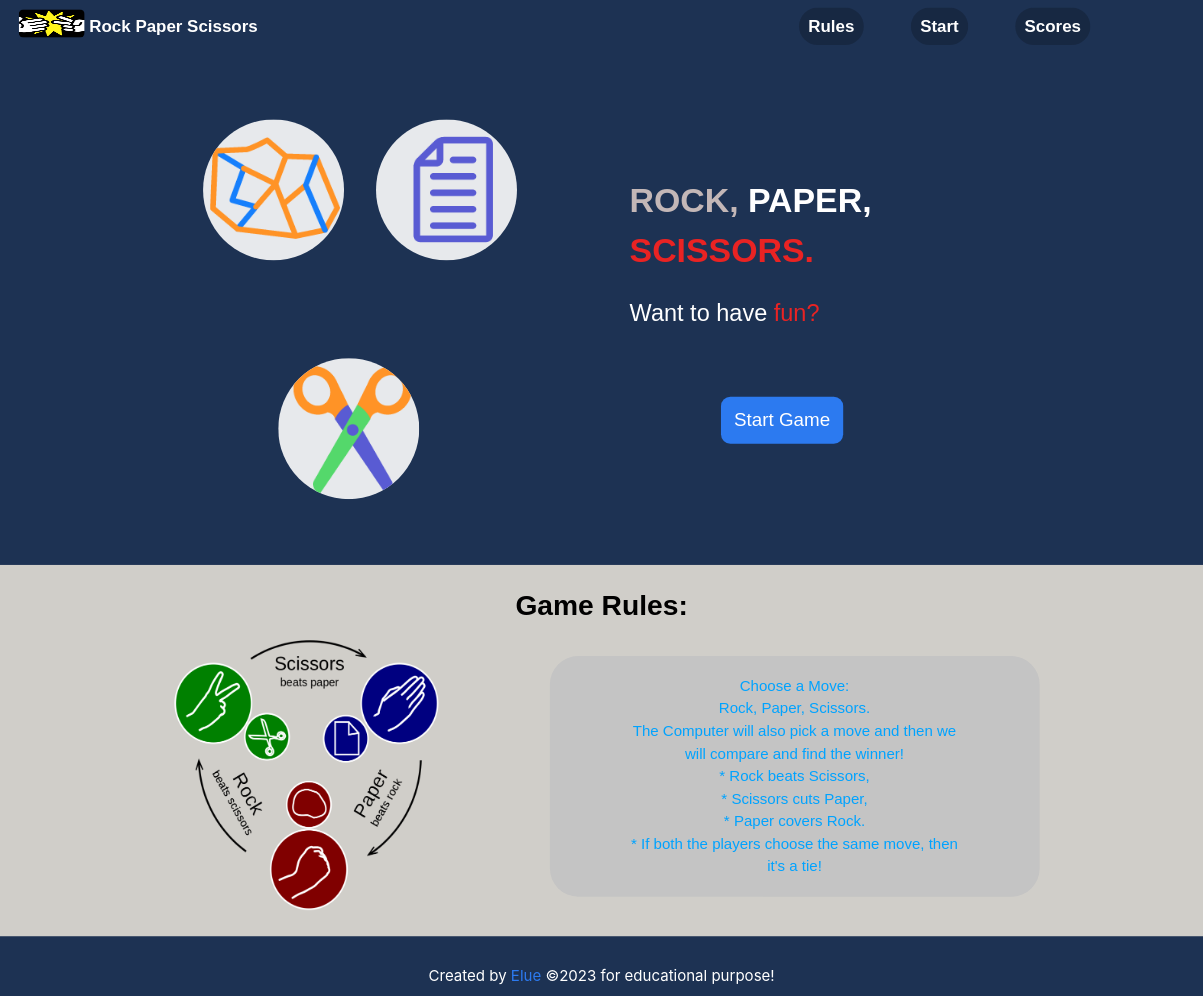
Repository: MikkyPrestige/rock-paper-scissors
Page: index.html
The author's editor kept a copy of each file at every save. The page is drawn from the files as they stood at one save, then again after the next save.
The browser window is 1280 px wide. The pictures show the whole page, at 94% of full size.

Above is the page before, as saved 2023-05-08 06:06:15.

### index.html
<!DOCTYPE html>
<html lang="en">

<head>
  <meta charset="UTF-8">
  <meta http-equiv="X-UA-Compatible" content="IE=edge">
  <meta name="viewport" content="width=device-width, initial-scale=1.0">
  <title>Rock, Paper or Scissors Game</title>
  <link rel="stylesheet" href="./index.css">
  <!-- <script src="./index.js" defer></script> -->
</head>

<body>
  <main>
    <header>
      <figure>
        <a href="/">
          <img src="./img/logo.png" alt="Logo" class="logo">
        </a>
        <figcaption>Rock Paper Scissors</figcaption>
      </figure>
      <nav>
        <ul>
          <li><a href="#rule">Rules</a></li>
          <li><a href="#">Start</a></li>
          <li><a href="#">Scores</a></li>
        </ul>
      </nav>
    </header>
    <section class="home">
      <div class="images">
        <img src="./img/Rock.gif" alt="Rock image" class="img rock">
        <img src="./img/Paper.gif" alt="Paper image" class="img paper">
        <img src="./img/Scissors.gif" alt="Scissors image" class="img scissors">
      </div>
      <div class="content">
        <h1 class="content--title"><span class="content-rock">Rock,</span> Paper, <span
            class="content-scissors">Scissors.</span></h1>
        <p class="content--text">Want to have <span class="fun">fun?</span></p>
        <button type="submit" class="btn">Start Game</button>
      </div>
    </section>

    <section class="rule" id="rule">
      <div class="rule--container">
        <h2 class="rule--title">Game Rules:</h2>
        <div class="rule--content">
          <img src="./img/image.png" alt="Game image" class="rule--img">
          <div class="rule--para">
            <p class="rule--text">Choose a Move: <br>Rock, Paper, Scissors.</p>
            <p class="rule--text">The Computer will also pick a move and then we will compare and find the winner!</p>
            <p class="rule--text">* Rock beats Scissors, <br> * Scissors cuts Paper, <br> * Paper covers Rock. <br> * If
              both the players choose the same move, then it's a tie!</p>
          </div>
        </div>
        <!-- <button type="submit" class="btn">New Game</button> -->
      </div>
    </section>

    <footer>
      <p class="footer--text">Created by <a href="#" target="_blank" class="footer--link">Elue</a> &copy;2023 for
        educational purpose!</p>
    </footer>
  </main>
</body>

</html>

### index.css
*,
*::after,
*::before {
  box-sizing: border-box;
  margin: 0;
  padding: 0;
}

html {
  font-size: 62.5%;
}

body {
  font-family: "Fira Sans", sans-serif;
  font-size: 1.6rem;
  line-height: 1.5;
  background: rgba(29, 50, 83, 1);
  color: rgba(255, 255, 255, 1);
  width: 100%;
  height: 100%;
}

main {
  display: flex;
  flex-direction: column;
  justify-content: center;
  gap: 2rem;
  height: 100%;
  width: 100%;
}

header {
  display: flex;
  justify-content: space-between;
  align-items: center;
  padding: 1rem 2rem;
  width: 100%;
  height: auto;
}

figure {
  display: flex;
  align-items: center;
  gap: .5rem;
  height: auto;
}

.logo {
  width: 7rem;
  height: 3rem;
  border-radius: .5rem;
  -webkit-border-radius: .5rem;
  -moz-border-radius: .5rem;
  -ms-border-radius: .5rem;
  -o-border-radius: .5rem;
}

figcaption {
  font-size: 1.8rem;
  font-weight: 600;
  color: rgba(255, 255, 255, 1);
}

nav {
  height: auto;
  margin-right: 10rem;
}

ul {
  display: flex;
  justify-content: center;
  align-items: center;
  gap: 5rem;
  list-style: none;
}

li a {
  font-size: 1.8rem;
  font-weight: 600;
  color: rgba(255, 255, 255, 1);
  background: linear-gradient(0deg, rgba(0, 0, 0, 0.2), rgba(0, 0, 0, 0.2)), #1D3253;
  text-decoration: none;
  padding: 1rem;
  border-radius: 2rem;
}

li a:hover {
  background: rgba(255, 255, 255, 1);
  color: rgba(29, 50, 83, 1);
  text-decoration: underline;
}

.home {
  display: flex;
  justify-content: center;
  align-items: center;
  width: 100%;
  height: 70vh;
}

.images {
  position: relative;
  height: 100%;
  flex-basis: 30%;
}

.img {
  background: rgba(253, 253, 253, 0.9);
  border-radius: 50%;
  -webkit-border-radius: 50%;
  -moz-border-radius: 50%;
  -ms-border-radius: 50%;
  -o-border-radius: 50%;
  width: 15rem;
  height: 15rem;
}

.rock {
  position: absolute;
  top: 5rem;
  left: 0rem;
}

.paper {
  position: absolute;
  top: 5rem;
  right: 5rem;
}

.scissors {
  position: absolute;
  bottom: 5rem;
  left: 8rem;
}

.content {
  display: flex;
  flex-direction: column;
  justify-content: center;
  align-items: center;
  gap: 2rem;
}

.content--title {
  font-size: 3.6rem;
  font-weight: 600;
  width: 70%;
  text-transform: uppercase;
}

.content-rock {
  color: rgba(195, 183, 183, 1);
}

.content-scissors {
  color: rgba(233, 35, 35, 1);
}

.content--text {
  font-size: 2.5rem;
  font-weight: 400;
  width: 70%;
}

.fun {
  color: rgba(233, 35, 35, 1);
}

.btn {
  width: 13rem;
  height: 5rem;
  font-size: 2rem;
  color: rgba(255, 255, 255, 1);
  background: #2C7AF0;
  border-radius: 1rem;
  -webkit-border-radius: 1rem;
  -moz-border-radius: 1rem;
  -ms-border-radius: 1rem;
  -o-border-radius: 1rem;
  border: none;
  cursor: pointer;
  margin-top: 5rem;
  transition: all .3s ease-in-out;
  -webkit-transition: all .3s ease-in-out;
  -moz-transition: all .3s ease-in-out;
  -ms-transition: all .3s ease-in-out;
  -o-transition: all .3s ease-in-out;
}

.btn:hover {
  background: rgba(255, 255, 255, .7);
  color: rgba(44, 122, 240, 1);
}

.rule {
  width: 100%;
  height: 100%;
  background: #D0CEC9;
}

.rule--container {
  display: flex;
  flex-direction: column;
  justify-content: center;
  align-items: center;
  gap: 1rem;
  margin: 2rem auto;
}

.rule--title {
  font-size: 3rem;
  font-weight: 600;
  color: #000;
}

.rule--content {
  display: flex;
  justify-content: space-around;
  align-items: center;
}

.rule--img {
  width: 30rem;
  height: 30rem;
}

.rule--para {
  background: #C4C4C4;
  width: 50%;
  text-align: center;
  padding: 2rem 8rem;
  border-radius: 3rem;
  -webkit-border-radius: 3rem;
  -moz-border-radius: 3rem;
  -ms-border-radius: 3rem;
  -o-border-radius: 3rem;

}
.rule--text {
  color: rgba(0, 163, 255, 1);
}

footer {
  margin: 1rem auto;
}

.footer--text {
  font-family: "Inter";
}

.footer--link {
  color: rgba(44, 122, 240, 1);
  text-decoration: none;
}

After the next save:
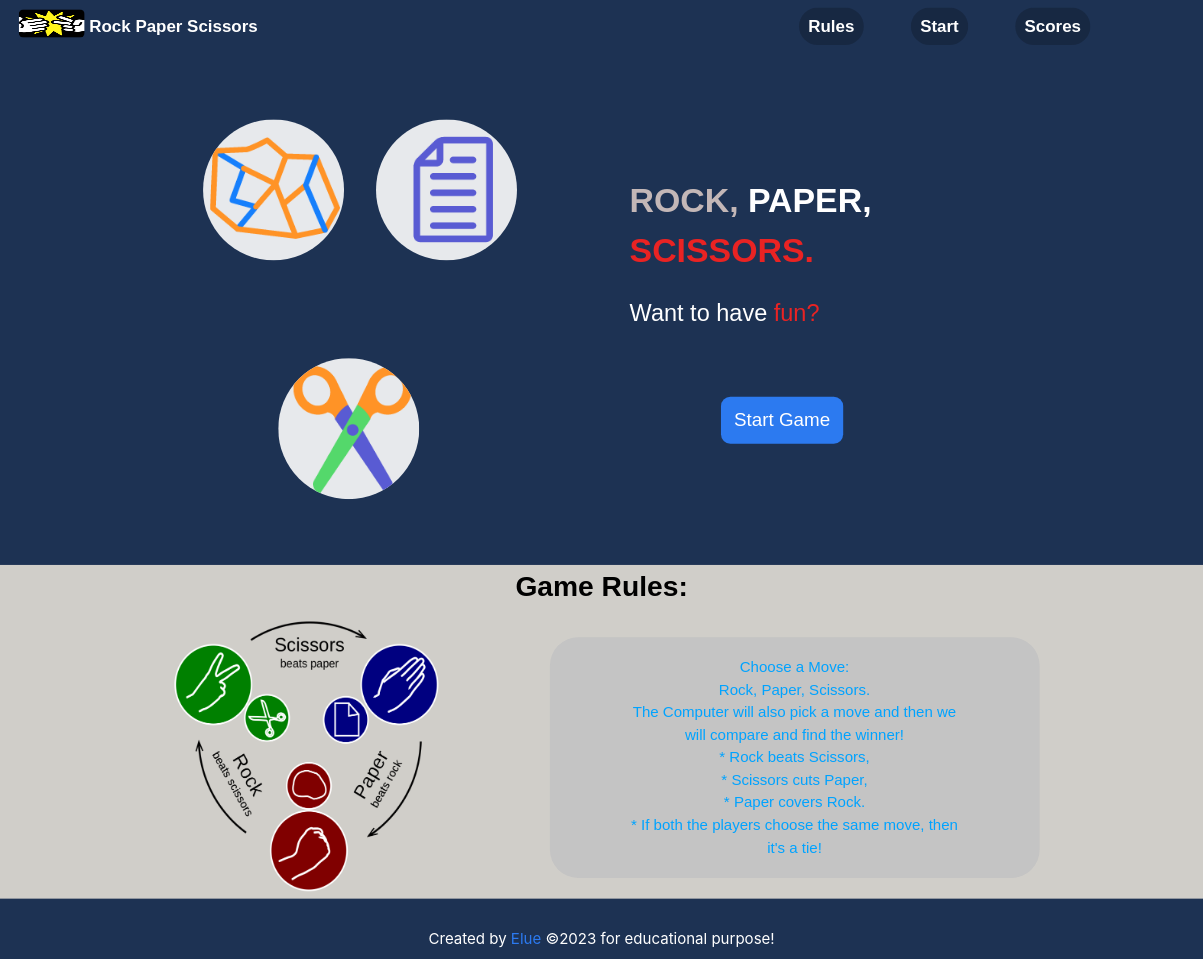
Saved 17 s later.
--- a/index.css
+++ b/index.css
@@ -204,7 +204,7 @@ li a:hover {
   justify-content: center;
   align-items: center;
   gap: 1rem;
-  margin: 2rem auto;
+  /* margin: 2rem auto; */
 }
 
 .rule--title {

After the save that followed:
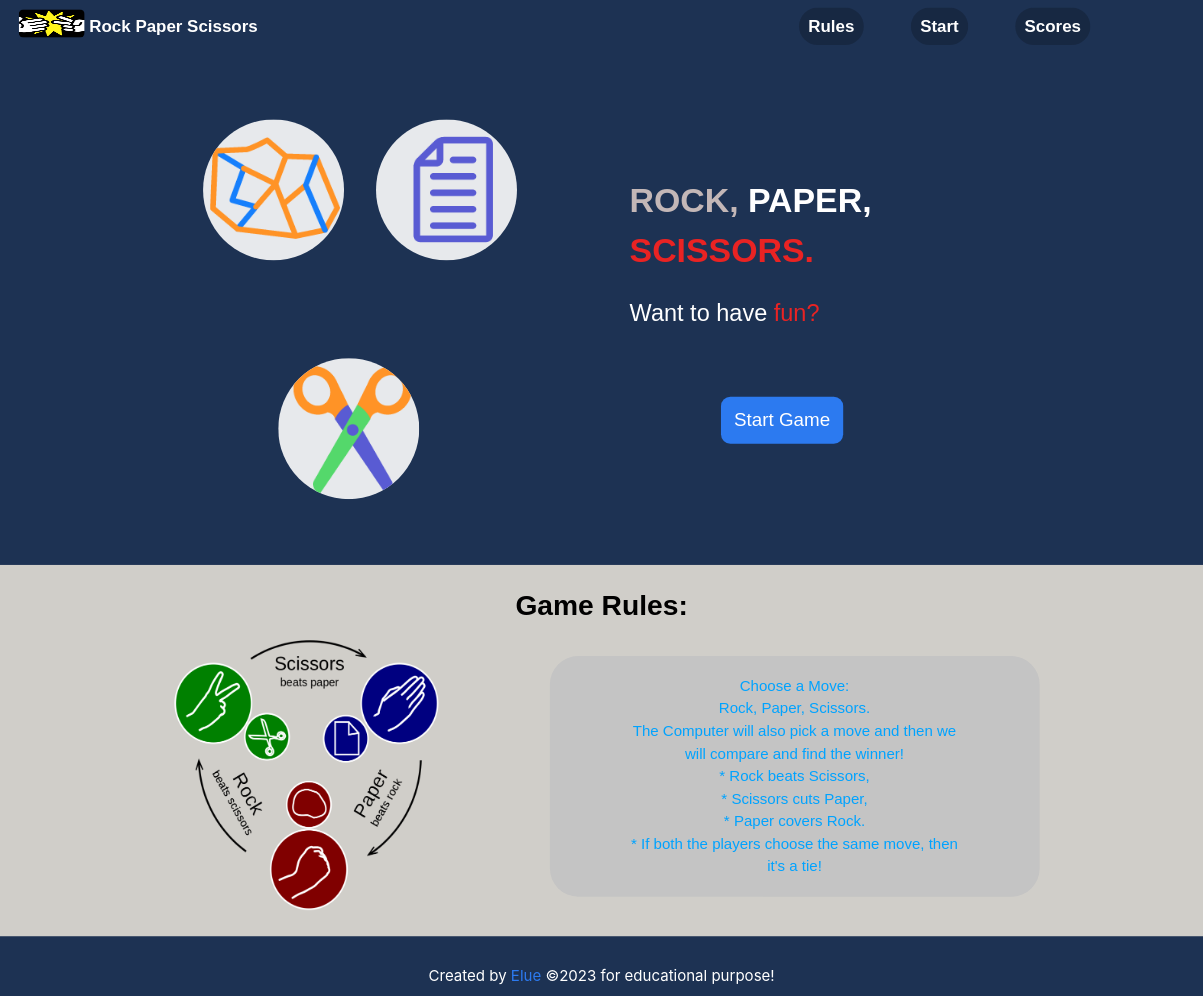
Saved 9 s later.
--- a/index.css
+++ b/index.css
@@ -204,7 +204,7 @@ li a:hover {
   justify-content: center;
   align-items: center;
   gap: 1rem;
-  /* margin: 2rem auto; */
+  margin: 2rem auto;
 }
 
 .rule--title {
